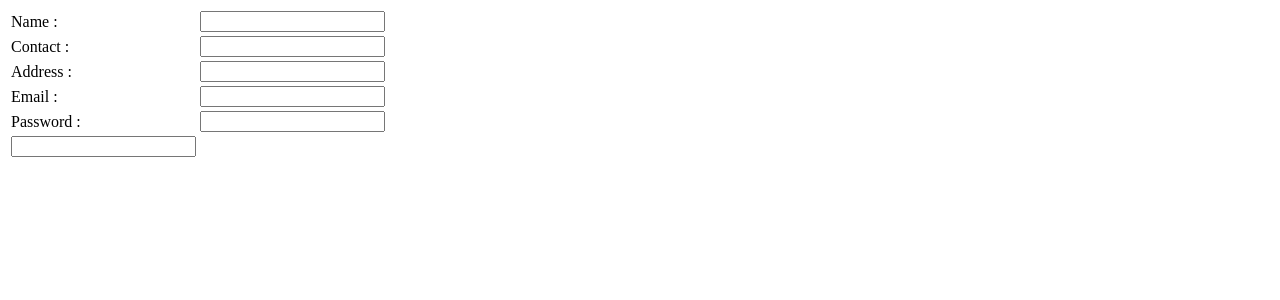
Repository: jay-java/JAVA-TTS-8-30
Page: http://localhost/JSP_Servlet/register.jsp
An editor plug-in stored every save of this project. The page is shown before and after the next save, followed by the edit.
The browser window is 1280 px wide. The pictures show the whole page.
The page is served by Tomcat 9. Other server files are loaded and not shown.

Above is the page before, as saved 2025-07-22 04:08:23.

### JSP_Servlet/src/main/webapp/register.jsp
<%@ page language="java" contentType="text/html; charset=UTF-8"
    pageEncoding="UTF-8"%>
<!DOCTYPE html>
<html>
<head>
<meta charset="UTF-8">
<title>Insert title here</title>
</head>
<body>
<form>
	<table>
		<tr><td>Name : </td><td><input type="text"></td></tr>
		<tr><td>Contact : </td><td><input type="text"></td></tr>
		<tr><td>Address : </td><td><input type="text"></td></tr>
		<tr><td>Email : </td><td><input type="email"></td></tr>
		<tr><td>Password : </td><td><input type="password"></td></tr>
		<tr><td><input type="text"></td></tr>
	</table>
</form>
</body>
</html>

After the next save:
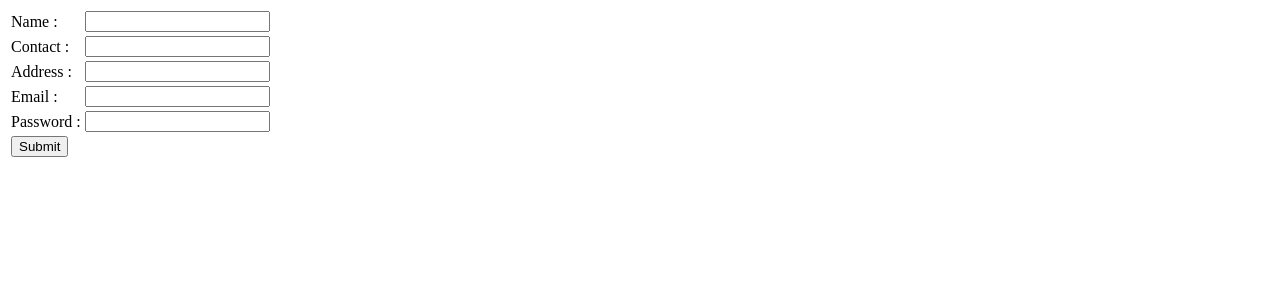
Saved 13 s later.
--- a/JSP_Servlet/src/main/webapp/register.jsp
+++ b/JSP_Servlet/src/main/webapp/register.jsp
@@ -14,7 +14,7 @@
 		<tr><td>Address : </td><td><input type="text"></td></tr>
 		<tr><td>Email : </td><td><input type="email"></td></tr>
 		<tr><td>Password : </td><td><input type="password"></td></tr>
-		<tr><td><input type="text"></td></tr>
+		<tr><td><input type="submit"></td></tr>
 	</table>
 </form>
 </body>
